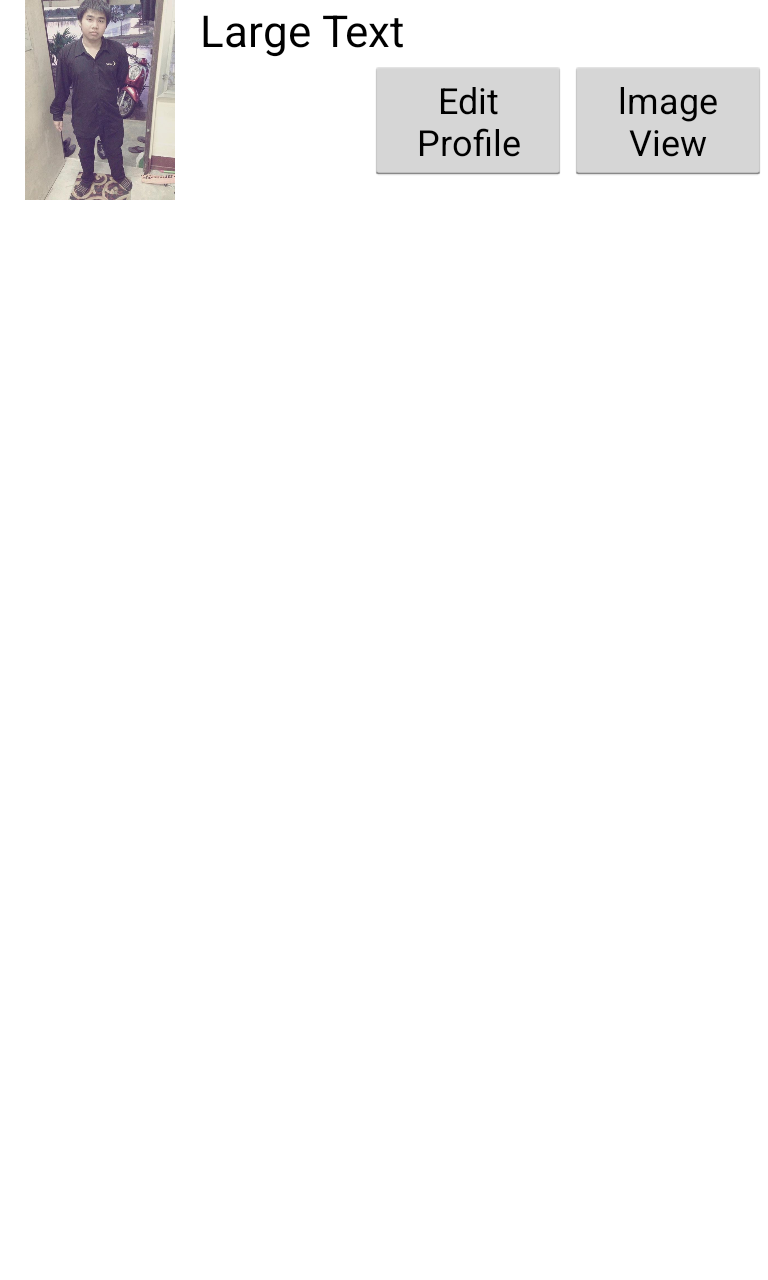
Repository: PanumartThamkawin/Resuma_55410657
Layout: Panu657/res/layout/activity_main.xml
The author's editor kept a copy of each file at every save. The layout is drawn from the files as they stood at one save, then again after the next save.
It is drawn on a 768 x 1280 px phone screen (xhdpi) without system bars, with theme AppTheme; the app's code is not run.

Above is the layout before, as saved 2014-09-01 05:36:59.

### Panu657/res/layout/activity_main.xml
<RelativeLayout xmlns:android="http://schemas.android.com/apk/res/android"
    xmlns:tools="http://schemas.android.com/tools"
    android:layout_width="match_parent"
    android:layout_height="match_parent"
    android:layout_marginLeft="5dp"
    tools:context="${relativePackage}.${activityClass}" >

    <LinearLayout
        android:id="@+id/linearLayout1"
        android:layout_width="100dp"
        android:layout_height="100dp" >

        <ImageView
            android:id="@+id/imageView1"
            android:layout_width="wrap_content"
            android:layout_height="wrap_content"
            android:src="@drawable/jame" />
    </LinearLayout>

    <TextView
        android:id="@+id/textView1"
        android:layout_width="wrap_content"
        android:layout_height="wrap_content"
        android:layout_alignParentTop="true"
        android:layout_toRightOf="@+id/linearLayout1"
        android:text="Large Text"
        android:textAppearance="?android:attr/textAppearanceLarge" />

    <LinearLayout
        android:layout_width="wrap_content"
        android:layout_height="wrap_content"
        android:layout_alignParentRight="true"
        android:layout_below="@id/textView1" >

        <Button
            android:id="@+id/button1"
            android:layout_width="100dp"
            android:layout_height="wrap_content"
            android:text="Edit Profile" />

        <Button
            android:id="@+id/button2"
            android:layout_width="100dp"
            android:layout_height="wrap_content"
            android:text="lmage View" />

    </LinearLayout>

</RelativeLayout>

Loaded but not shown: Panu657/res/values/styles.xml (common file); Panu657/res/values-v11/styles.xml (common file); Panu657/res/values-v14/styles.xml (common file)

After the next save:
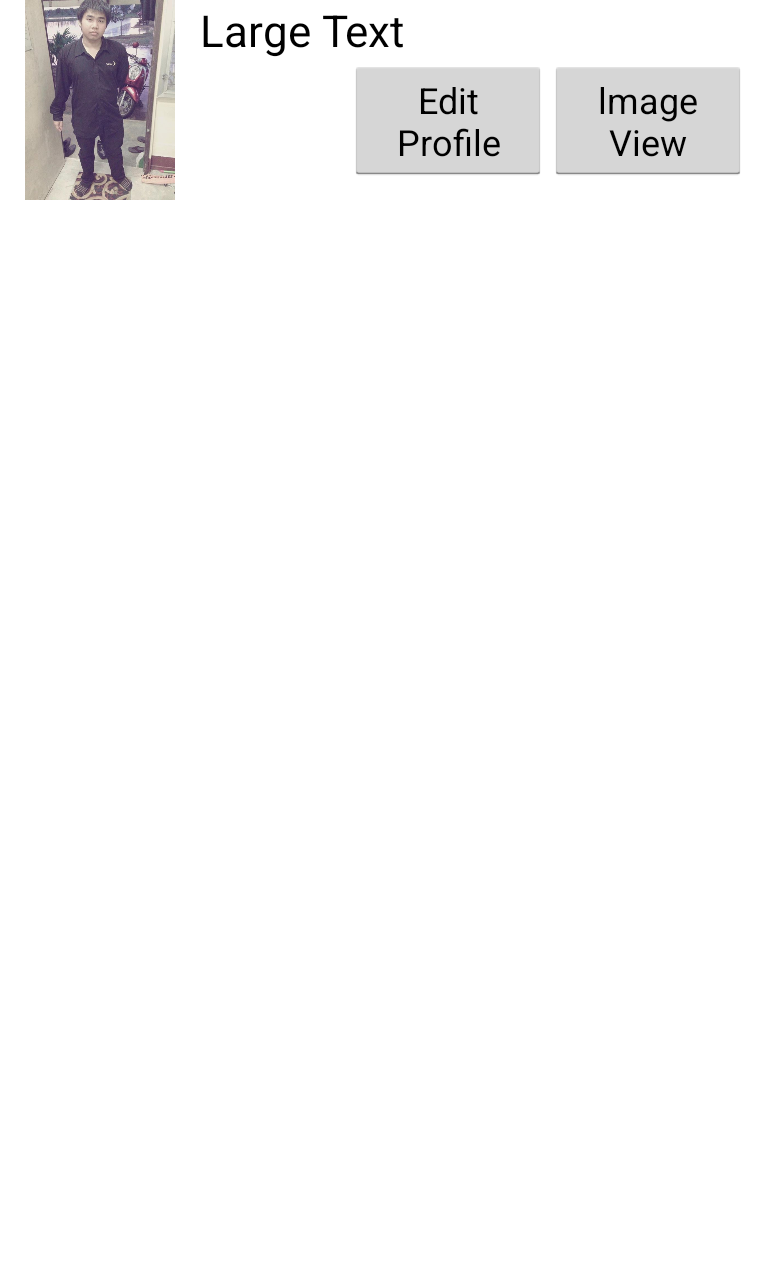
Saved 4 min 15 s later.
--- a/Panu657/res/layout/activity_main.xml
+++ b/Panu657/res/layout/activity_main.xml
@@ -30,7 +30,8 @@
         android:layout_width="wrap_content"
         android:layout_height="wrap_content"
         android:layout_alignParentRight="true"
-        android:layout_below="@id/textView1" >
+        android:layout_below="@id/textView1"
+        android:layout_marginRight="10dp" >
 
         <Button
             android:id="@+id/button1"
